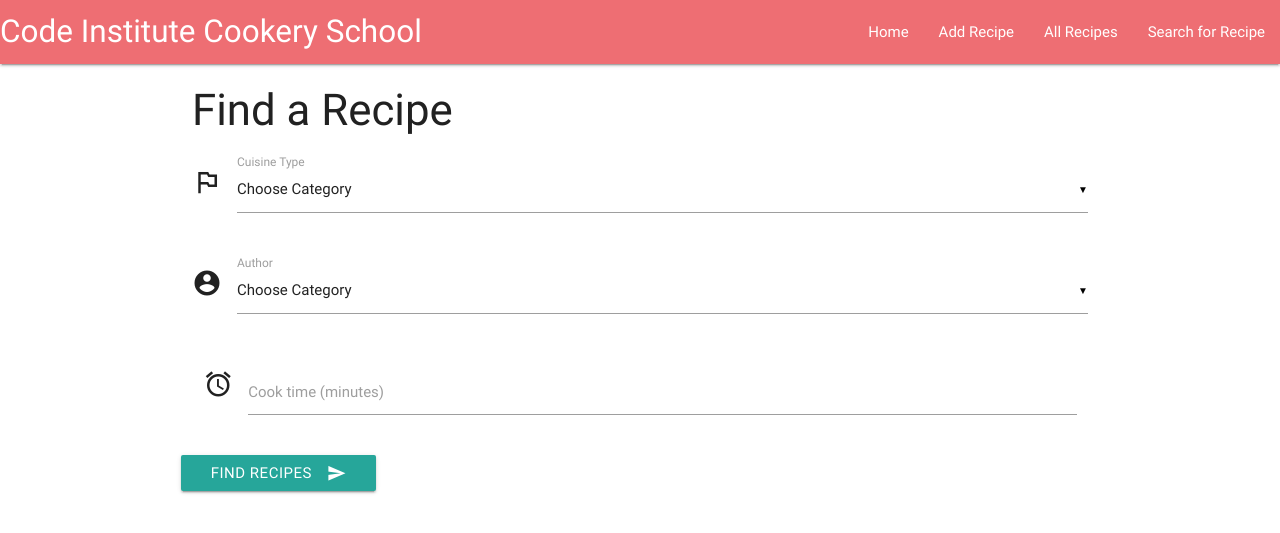
Repository: nakitamccool/francisillingworth-milestone-project-3
Page: http://localhost/find_recipe
The author's editor kept a record of every edit. The page is drawn from the files as they stood at one moment, then again after the next edit.
The browser window is 1280 px wide. The pictures show the whole page.
The page is served by the project's application, run on Flask 3 (app.py). Queries for data that is not in the repository find no rows.

Above is the page before.

### templates/findrecipe.html
{% extends 'base.html' %} {% block content %}

<h3>Find a Recipe</h3>
<div class="row">
    <form action="{{ url_for('insert_recipe') }}" method="POST" class="col s12">


        <div class="row">
            <div class="input-field col s12">
                  <i class="material-icons prefix">outlined_flag</i>
                    <select id="cuisine" name="cuisine_type">
                  <option value="" disabled selected>Choose Category</option>
                  {% for cat in cuisine %}
                      <option value="{{cat.cuisine_type}}" >{{cat.cuisine_type}}</option>

                  {% endfor %}
                </select>
                    <label>Cuisine Type</label>
                </div>
            </div>
            <div class = "row">
            <div class="input-field col s12">
                <i class="material-icons prefix">account_circle</i>
                <select id="author" name="author">
                  <option value="" disabled selected>Choose Category</option>
                  {% for cat in recipe %}
                      <option value="{{cat.author}}" >{{cat.author}}</option>

                  {% endfor %}
                </select>
                    <label>Author</label>
            </div>
            </div>
            <div class="input-field col s12">
                <i class="material-icons prefix">alarm</i>
                <input id="cook_time" name="cook_time" id="cook_time" type="tel" class="validate">
                <label for="icon_telephone">Cook time (minutes)</label>
            </div>
            </div>

        <div class="row">
            <button class="btn waves-effect waves-light" type="submit" name="action">Find Recipes
                <i class="material-icons right">send</i>
            </button>
        </div>
</div>


    </form>
</div>



{% endblock %}

### templates/base.html
<!DOCTYPE html>
<html lang="en">
<head>
    <link href="https://fonts.googleapis.com/icon?family=Material+Icons"
      rel="stylesheet">
    <link rel="stylesheet"  href="https://cdnjs.cloudflare.com/ajax/libs/materialize/0.100.2/css/materialize.min.css">
    <link rel="stylesheet" href="{{url_for('static' , filename = "css/style.css")}}" type="text/css" />

</head>
<body>
  <header>
    <nav>
    <div class="nav-wrapper">
      <a href="#" class="brand-logo">Code Institute Cookery School</a>
      <ul id="nav-mobile" class="right hide-on-med-and-down">
        <li><a href="index.html">Home</a></li>
        <li><a href="{{ url_for('add_recipe') }}">Add Recipe</a></li>
        <li><a href="{{ url_for('get_recipes') }}">All Recipes</a></li>
        <li><a href="{{ url_for('find_recipe') }}">Search for Recipe</a></li>
      </ul>
    </div>
  </nav>
  </header>
    <div class="container">
    {% block content %}
    {% endblock %}
    </div>
    <script src="https://cdnjs.cloudflare.com/ajax/libs/jquery/3.4.1/jquery.min.js" integrity="sha256-CSXorXvZcTkaix6Yvo6HppcZGetbYMGWSFlBw8HfCJo=" crossorigin="anonymous"></script>
    <script src="https://cdnjs.cloudflare.com/ajax/libs/materialize/0.100.2/js/materialize.min.js"></script>
    <script type="text/javascript">
         $(document).ready(function(){
    $('.collapsible').collapsible();
    $('select').material_select();
  });

    </script>


</body>
</html>

### app.py
import os
from flask import Flask , render_template, redirect, request, url_for
from flask_pymongo import PyMongo
from bson.objectid import ObjectId


db_password = os.environ.get('DB_PASSWORD')

app = Flask(__name__)

app.config["MONGO_DBNAME"] = 'recipe_project'
app.config["MONGO_URI"] = 'mongodb+srv://root:r00tUser@myfirstcluster-aogax.mongodb.net/recipe_project?retryWrites=true&w=majority'

mongo = PyMongo(app)

@app.route('/')



@app.route('/find_recipe')
def find_recipe():
    return render_template("findrecipe.html", cuisine=mongo.db.cuisine.find(), authors=mongo.db.recipe.find().distinct('author'))

@app.route('/filter_recipes')
def filter_recipes():
    return render_template("results.html")





@app.route('/get_recipes')
def get_recipes():
    return render_template("recipes.html", recipes=mongo.db.recipe.find())


@app.route('/add_recipe')
def add_recipe():
    return render_template('addrecipe.html', cuisine=mongo.db.cuisine.find())


@app.route('/insert_recipe', methods=['POST'])
def insert_recipe():
    recipes=mongo.db.recipe
    recipes.insert_one(request.form.to_dict())
    return redirect(url_for('get_recipes'))


@app.route('/edit_recipe/<recipe_id>')
def edit_recipe(recipe_id):
    the_recipe = mongo.db.recipe.find_one({"_id": ObjectId(recipe_id)})
    all_cuisine = mongo.db.cuisine.find()
    return render_template('editrecipe.html', recipe = the_recipe, cuisine=all_cuisine)



@app.route('/update_recipe/<recipe_id>', methods = ["POST"])
def update_recipe(recipe_id):
    recipes = mongo.db.recipe
    recipes.update( {'_id': ObjectId(recipe_id)},
    {
        'recipe_name' : request.form.get('recipe_name'),
        'cuisine_type' : request.form.get('cuisine_type'),
        'author' : request.form.get('author'),
        'ingredients' : request.form.get('ingredients'),
        'method' : request.form.get('method'),
        'cook_time' : request.form.get('cook_time'),
    })
    return redirect(url_for('get_recipes'))

@app.route('/delete_recipe/<recipe_id>')
def delete_recipe(recipe_id):
    mongo.db.recipe.remove({'_id':ObjectId(recipe_id)})
    return redirect(url_for('get_recipes'))





@app.route('/get_cuisines')
def get_cuisines():
    return render_template('cuisines.html', cuisine=mongo.db.cuisine.find())


@app.route('/edit_cuisine/<cuisine_id>')
def edit_cuisine(cuisine_id):
    return render_template('editcuisine.html', cuisine=mongo.db.cuisine.find_one({'_id':ObjectId(cuisine_id)}))


@app.route('/update_cuisine/<cuisine_id>', methods=['POST'])
def update_cuisine(cuisine_id):
    mongo.db.cuisine.update(
        {'_id': ObjectId(cuisine_id)},
        {'cuisine_type': request.form.get('cuisine_type')})
    return redirect(url_for('get_cuisines'))



@app.route('/add_cuisine')
def add_cuisine():
    return render_template('addcuisine.html', cuisine=mongo.db.cuisine.find())


@app.route('/insert_cuisine', methods=['POST'])
def insert_cuisine():
    cuisines=mongo.db.cuisine
    cuisines.insert_one(request.form.to_dict())
    return redirect(url_for('add_recipe'))



@app.route('/delete_cuisine/<cuisine_id>')
def delete_cuisine(cuisine_id):
    mongo.db.cuisine.remove({'_id':ObjectId(cuisine_id)})
    return redirect(url_for('get_cuisines'))



@app.route('/add_cuisine_edit')
def add_cuisine_edit():
    return render_template('addcuisine-edit.html', cuisine=mongo.db.cuisine.find())


@app.route('/insert_cuisine_edit', methods=['POST'])
def insert_cuisine_edit():
    cuisines=mongo.db.cuisine
    cuisines.insert_one(request.form.to_dict())
    return redirect(url_for('get_cuisines'))



@app.route('/index')
def index():
    return render_template("index.html")




if __name__ == '__main__':
    app.run(host=os.environ.get('IP'),
            port=int(os.environ.get('PORT')),
            debug=True)

### static/css/style.css
.btn_edit{
    height:28px;
    margin: 5px 15px;
    line-height: 28px;
    padding-left: 3px;
    padding-right: 6px;



}

.btn_delete{
    height:28px;
    margin: 5px 15px ;
    line-height: 28px;
    padding-left: 5px;
    padding-right: 5px;
    background-color: #b70808;

}

.collapsible-header i {
 margin:0;}

 .btn_delete:hover {
    background-color: #71231d;
}

.cancel_button{
    margin: 5px 15px;
    padding-left: 3px;
    padding-right: 6px;
    background-color: #b70808

}


 .cancel_button:hover {
    background-color: #71231d;
}


.recipe_header{
    margin-top:5px;
    margin-right: 20px;
}

.deleteEdit{
    margin-left:auto;
    margin-right:0;
}

.add_cuisine{
    margin-top: 0;
    margin-left:5%;
}

After the next edit:
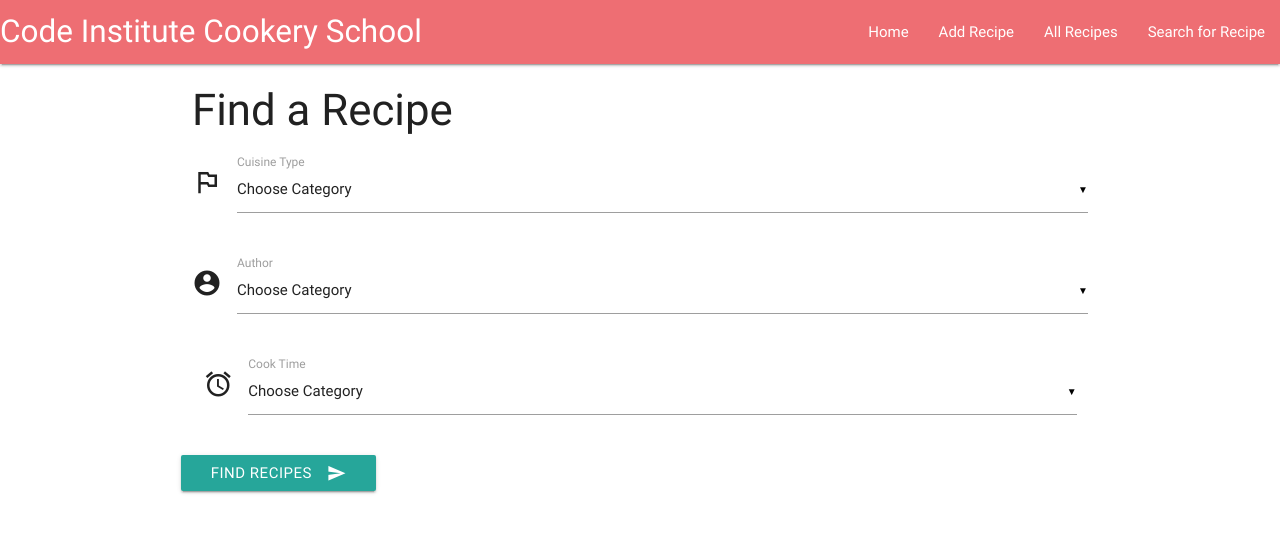
The edit:
--- a/templates/findrecipe.html
+++ b/templates/findrecipe.html
@@ -33,8 +33,14 @@
             </div>
             <div class="input-field col s12">
                 <i class="material-icons prefix">alarm</i>
-                <input id="cook_time" name="cook_time" id="cook_time" type="tel" class="validate">
-                <label for="icon_telephone">Cook time (minutes)</label>
+                <select id="cuisine" name="cuisine_type">
+                  <option value="" disabled selected>Choose Category</option>
+                  {% for cat in cuisine %}
+                      <option value="{{cat.cuisine_type}}" >{{cat.cuisine_type}}</option>
+
+                  {% endfor %}
+                </select>
+                    <label>Cook Time</label>
             </div>
             </div>
 
